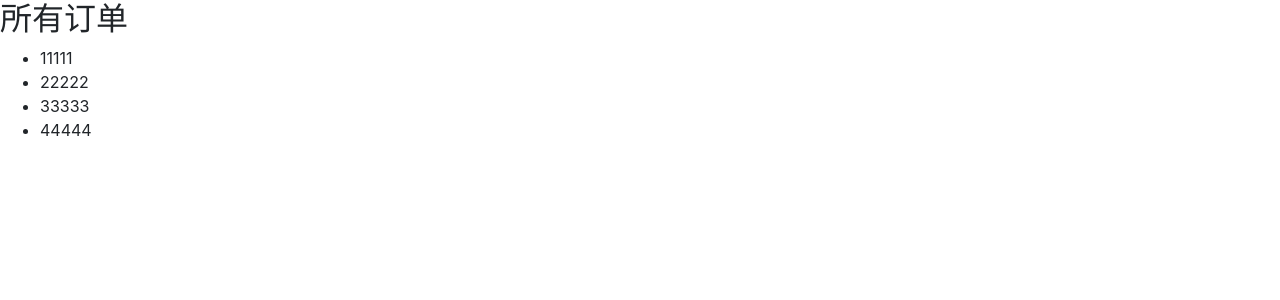
Repository: zenghao518518/Vue
Page: 3-条件渲染/条件渲染.html
The author's editor kept a copy of each file at every save. The page is drawn from the files as they stood at one save, then again after the next save.
The browser window is 1280 px wide. The pictures show the whole page.

Above is the page before, as saved 2023-08-14 13:43:45.

After the next save:
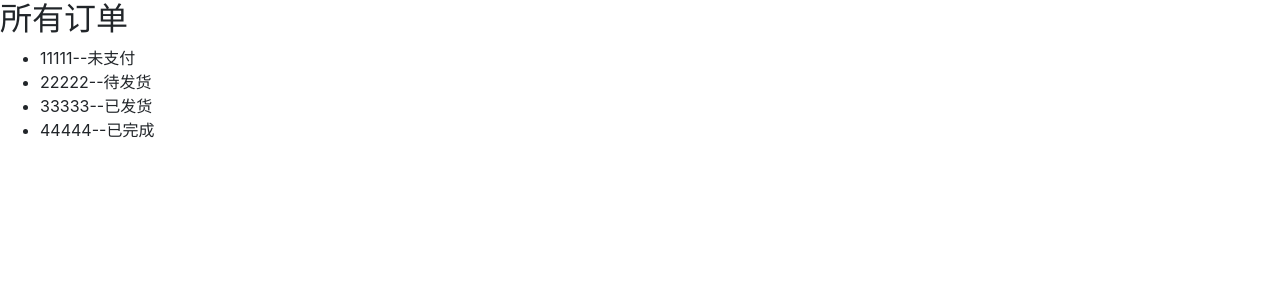
Saved 2 min 40 s later.
--- a/3-条件渲染/条件渲染.html
+++ b/3-条件渲染/条件渲染.html
@@ -26,7 +26,7 @@
         <h2>所有订单</h2>
         <ul>
             <li v-for='item in datalist'>
-                {{item.title}}
+                {{item.title}}--{{item.state}}
             </li>
         </ul>
     </div>
